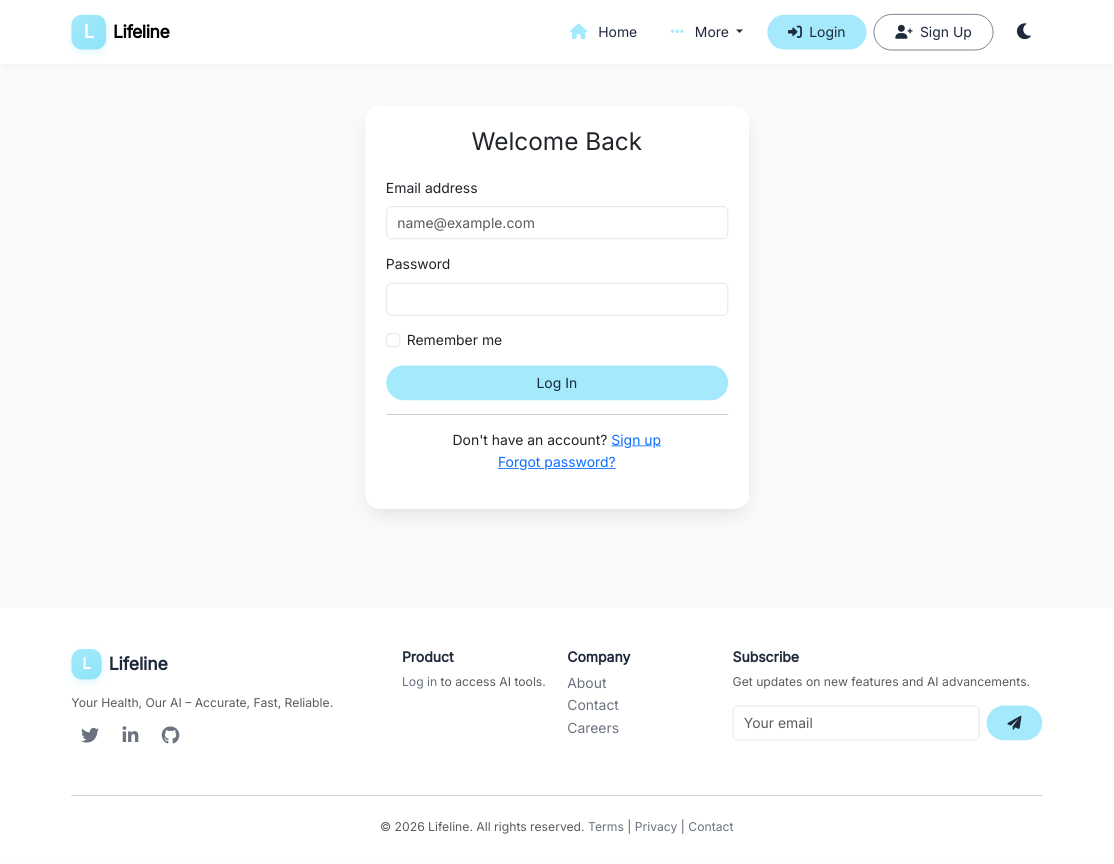
Repository: YackswebCode/lifeline
Page: http://localhost/login
These files come from the project's save history. The page is drawn as it stood at one moment and after the next save; the edit follows.
The browser window is 1280 px wide. The pictures show the whole page, at 87% of full size.
The page is served by the project's Laravel application, run on PHP 8.4 with Laravel 12. Other server files are loaded and not shown.

Above is the page before, as saved 2026-02-25 16:10:34.

### routes/web.php
<?php

use Illuminate\Support\Facades\Route;
use App\Http\Controllers\LandingController;
use App\Http\Controllers\DashboardController;
use App\Http\Controllers\AnalyzeController;
use App\Http\Controllers\SettingsController;
use App\Http\Controllers\Admin\DashboardController as AdminDashboardController;
use App\Http\Controllers\PageController;

Route::get('/', [LandingController::class, 'index'])->name('landing');

// Authentication pages (static design only)
Route::get('/login', function () {
    return view('auth.login');
})->name('login');
Route::get('/register', function () {
    return view('auth.register');
})->name('register');

// Protected pages (just design, no middleware yet)
Route::get('/dashboard', [DashboardController::class, 'index'])->name('dashboard');
Route::get('/analyze', [AnalyzeController::class, 'index'])->name('analyze');
Route::get('/settings', [SettingsController::class, 'index'])->name('settings');

// Admin pages
Route::prefix('admin')->name('admin.')->group(function () {
    Route::get('/dashboard', [AdminDashboardController::class, 'index'])->name('dashboard');
});

// Static pages
Route::get('/about', [PageController::class, 'about'])->name('about');
Route::get('/contact', [PageController::class, 'contact'])->name('contact');
Route::get('/terms', [PageController::class, 'terms'])->name('terms');
Route::get('/privacy', [PageController::class, 'privacy'])->name('privacy');

### resources/views/auth/login.blade.php
@extends('layouts.app')

@section('title', 'Login - Lifeline')

@section('content')
<div class="container">
    <div class="row justify-content-center">
        <div class="col-md-5">
            <div class="card p-4">
                <h3 class="text-center mb-4">Welcome Back</h3>
                <form>
                    @csrf
                    <div class="mb-3">
                        <label for="email" class="form-label">Email address</label>
                        <input type="email" class="form-control" id="email" placeholder="name@example.com">
                    </div>
                    <div class="mb-3">
                        <label for="password" class="form-label">Password</label>
                        <input type="password" class="form-control" id="password">
                    </div>
                    <div class="mb-3 form-check">
                        <input type="checkbox" class="form-check-input" id="remember">
                        <label class="form-check-label" for="remember">Remember me</label>
                    </div>
                    <button type="submit" class="btn btn-brand w-100">Log In</button>
                </form>
                <hr>
                <p class="text-center mb-0">Don't have an account? <a href="{{ route('register') }}">Sign up</a></p>
                <p class="text-center"><a href="#">Forgot password?</a></p>
            </div>
        </div>
    </div>
</div>
@endsection

### resources/views/layouts/app.blade.php
<!DOCTYPE html>
<html lang="en">
<head>
    <meta charset="UTF-8">
    <meta name="viewport" content="width=device-width, initial-scale=1.0">
    <meta name="csrf-token" content="{{ csrf_token() }}">
    <title>@yield('title', 'Lifeline') - AI X‑ray Analysis</title>
    <!-- Bootstrap 5 CDN -->
    <link href="https://cdn.jsdelivr.net/npm/bootstrap@5.3.0-alpha1/dist/css/bootstrap.min.css" rel="stylesheet">
    <!-- Font Awesome 6 -->
    <link rel="stylesheet" href="https://cdnjs.cloudflare.com/ajax/libs/font-awesome/6.0.0-beta3/css/all.min.css">
    <!-- Google Fonts: Inter -->
    <link href="https://fonts.googleapis.com/css2?family=Inter:opsz@14..32&display=swap" rel="stylesheet">
    <style>
        :root {
            --brand: #a4e9fc;
            --brand-dark: #7bcde0;
            --white: #ffffff;
            --bg-light: #f8fafc;
            --bg-dark: #1a202c;
            --text-light: #1e293b;
            --text-dark: #e2e8f0;
            --muted: #6b7280;
            --danger: #dc2626;
            --success: #10b981;
            --card-radius: 1rem;
            --shadow-soft: 0 10px 25px -5px rgba(0,0,0,0.1), 0 8px 10px -6px rgba(0,0,0,0.02);
            --transition: all 0.2s ease;
        }

        body.dark-mode {
            --bg-light: #0f172a;
            --text-light: #e2e8f0;
            --white: #1e293b;
            --muted: #94a3b8;
        }

        body {
            font-family: 'Inter', system-ui, sans-serif;
            background-color: var(--bg-light);
            color: var(--text-light);
            transition: background-color 0.3s, color 0.3s;
            line-height: 1.6;
        }

        .navbar {
            background-color: var(--white) !important;
            box-shadow: 0 4px 6px -2px rgba(0,0,0,0.05);
            padding: 0.75rem 1rem;
        }
        .navbar-brand {
            font-weight: 600;
            letter-spacing: -0.02em;
        }
        .logo {
            width: 40px;
            height: 40px;
            background: linear-gradient(135deg, var(--brand) 0%, #8ee4f9 100%);
            border-radius: 12px;
            display: flex;
            align-items: center;
            justify-content: center;
            color: white;
            font-weight: 700;
            font-size: 1.3rem;
            box-shadow: 0 4px 8px rgba(164,233,252,0.3);
        }
        .nav-link {
            font-weight: 500;
            color: var(--text-light) !important;
            padding: 0.5rem 1rem !important;
            border-radius: 2rem;
            margin: 0 0.2rem;
            transition: var(--transition);
        }
        .nav-link i {
            margin-right: 0.5rem;
            color: var(--brand);
            font-size: 1.1rem;
            transition: var(--transition);
        }
        .nav-link:hover {
            background-color: rgba(164,233,252,0.1);
        }
        .nav-link:hover i {
            transform: scale(1.1);
        }
        .btn-brand {
            background: var(--brand);
            color: #1e293b;
            border: none;
            padding: 0.5rem 1.5rem;
            border-radius: 2rem;
            font-weight: 500;
            transition: var(--transition);
        }
        .btn-brand:hover {
            background: var(--brand-dark);
            color: #0f172a;
            transform: translateY(-2px);
            box-shadow: 0 6px 12px rgba(164,233,252,0.3);
        }
        .btn-outline-secondary {
            border: 1px solid var(--muted);
            color: var(--text-light);
            border-radius: 2rem;
            padding: 0.5rem 1.5rem;
            transition: var(--transition);
        }
        .btn-outline-secondary:hover {
            background-color: var(--muted);
            color: white;
            border-color: var(--muted);
        }

        .dark-mode-toggle {
            background: transparent;
            border: none;
            color: var(--text-light);
            font-size: 1.3rem;
            margin-left: 1rem;
            cursor: pointer;
            display: flex;
            align-items: center;
            justify-content: center;
            width: 40px;
            height: 40px;
            border-radius: 50%;
            transition: var(--transition);
        }
        .dark-mode-toggle:hover {
            background-color: rgba(164,233,252,0.2);
        }

        main {
            min-height: 70vh;
        }

        .card {
            background-color: var(--white);
            border-radius: var(--card-radius);
            box-shadow: var(--shadow-soft);
            border: none;
            transition: var(--transition);
        }
        .card:hover {
            transform: translateY(-4px);
            box-shadow: 0 20px 30px -10px rgba(0,0,0,0.15);
        }

        .footer {
            background-color: var(--white);
            border-top: 1px solid rgba(0,0,0,0.05);
            padding: 3rem 0 2rem;
            margin-top: 4rem;
        }
        .footer a {
            color: var(--muted);
            text-decoration: none;
            transition: var(--transition);
        }
        .footer a:hover {
            color: var(--brand);
        }
        .footer .social-icons i {
            font-size: 1.3rem;
            margin: 0 0.7rem;
            color: var(--muted);
            transition: var(--transition);
        }
        .footer .social-icons i:hover {
            color: var(--brand);
            transform: translateY(-3px);
        }

        @media (max-width: 768px) {
            .navbar-nav {
                margin-top: 1rem;
            }
            .nav-link i {
                margin-right: 0.3rem;
            }
            .dark-mode-toggle {
                margin-left: 0;
                margin-top: 0.5rem;
            }
        }
    </style>
    @stack('styles')
</head>
<body>
    @php
        // For static design, set this to false to hide protected links.
        // Change to true to preview logged‑in state.
        $loggedIn = false;
    @endphp

    <!-- Navbar -->
    <nav class="navbar navbar-expand-lg sticky-top">
        <div class="container">
            <a class="navbar-brand d-flex align-items-center gap-2" href="{{ route('landing') }}">
                <div class="logo">L</div>
                <span class="fw-bold">Lifeline</span>
            </a>
            <button class="navbar-toggler" type="button" data-bs-toggle="collapse" data-bs-target="#navbarNav">
                <span class="navbar-toggler-icon"></span>
            </button>
            <div class="collapse navbar-collapse" id="navbarNav">
                <ul class="navbar-nav ms-auto align-items-center">
                    <!-- Public: Home always visible -->
                    <li class="nav-item">
                        <a class="nav-link" href="{{ route('landing') }}">
                            <i class="fas fa-home"></i> Home
                        </a>
                    </li>

                    <!-- Protected links: only shown when logged in -->
                    @if($loggedIn)
                        <li class="nav-item">
                            <a class="nav-link" href="{{ route('analyze') }}">
                                <i class="fas fa-upload"></i> Analyze
                            </a>
                        </li>
                        <li class="nav-item">
                            <a class="nav-link" href="{{ route('dashboard') }}">
                                <i class="fas fa-chart-line"></i> Dashboard
                            </a>
                        </li>
                        <li class="nav-item">
                            <a class="nav-link" href="{{ route('settings') }}">
                                <i class="fas fa-cog"></i> Settings
                            </a>
                        </li>
                    @endif

                    <!-- More dropdown (public) -->
                    <li class="nav-item dropdown">
                        <a class="nav-link dropdown-toggle" href="#" role="button" data-bs-toggle="dropdown">
                            <i class="fas fa-ellipsis-h"></i> More
                        </a>
                        <ul class="dropdown-menu dropdown-menu-end">
                            <li><a class="dropdown-item" href="{{ route('about') }}"><i class="fas fa-info-circle me-2"></i>About</a></li>
                            <li><a class="dropdown-item" href="{{ route('contact') }}"><i class="fas fa-envelope me-2"></i>Contact</a></li>
                            <li><hr class="dropdown-divider"></li>
                            <li><a class="dropdown-item" href="{{ route('terms') }}"><i class="fas fa-file-contract me-2"></i>Terms</a></li>
                            <li><a class="dropdown-item" href="{{ route('privacy') }}"><i class="fas fa-lock me-2"></i>Privacy</a></li>
                        </ul>
                    </li>

                    <!-- Auth buttons: shown when logged out; when logged in, we can show a profile dropdown -->
                    @if(!$loggedIn)
                        <li class="nav-item">
                            <a class="btn btn-brand ms-lg-2" href="{{ route('login') }}">
                                <i class="fas fa-sign-in-alt me-1"></i> Login
                            </a>
                        </li>
                        <li class="nav-item">
                            <a class="btn btn-outline-secondary ms-2" href="{{ route('register') }}">
                                <i class="fas fa-user-plus me-1"></i> Sign Up
                            </a>
                        </li>
                    @else
                        <!-- When logged in, replace with user menu (static for design) -->
                        <li class="nav-item dropdown">
                            <a class="nav-link dropdown-toggle" href="#" role="button" data-bs-toggle="dropdown">
                                <i class="fas fa-user-circle"></i> Profile
                            </a>
                            <ul class="dropdown-menu dropdown-menu-end">
                                <li><a class="dropdown-item" href="{{ route('settings') }}"><i class="fas fa-cog me-2"></i>Settings</a></li>
                                <li><hr class="dropdown-divider"></li>
                                <li><a class="dropdown-item" href="#"><i class="fas fa-sign-out-alt me-2"></i>Logout</a></li>
                            </ul>
                        </li>
                    @endif

                    <!-- Dark mode toggle (always visible) -->
                    <li class="nav-item">
                        <button class="dark-mode-toggle" id="darkModeToggle">
                            <i class="fas fa-moon"></i>
                        </button>
                    </li>
                </ul>
            </div>
        </div>
    </nav>

    <!-- Main content -->
    <main class="py-5">
        <div class="container">
            @yield('content')
        </div>
    </main>

    <!-- Footer -->
    <footer class="footer">
        <div class="container">
            <div class="row">
                <div class="col-md-4 mb-4">
                    <div class="d-flex align-items-center gap-2 mb-3">
                        <div class="logo" style="width: 35px; height: 35px; font-size: 1.1rem;">L</div>
                        <span class="fw-bold fs-5">Lifeline</span>
                    </div>
                    <p class="text-muted small">Your Health, Our AI – Accurate, Fast, Reliable.</p>
                    <div class="social-icons">
                        <a href="#"><i class="fab fa-twitter"></i></a>
                        <a href="#"><i class="fab fa-linkedin-in"></i></a>
                        <a href="#"><i class="fab fa-github"></i></a>
                    </div>
                </div>

                <!-- Product links: only shown when logged in -->
                @if($loggedIn)
                <div class="col-md-2 mb-4">
                    <h6 class="fw-bold">Product</h6>
                    <ul class="list-unstyled">
                        <li><a href="{{ route('analyze') }}">Analyze</a></li>
                        <li><a href="{{ route('dashboard') }}">Dashboard</a></li>
                        <li><a href="{{ route('settings') }}">Settings</a></li>
                    </ul>
                </div>
                @else
                <div class="col-md-2 mb-4">
                    <h6 class="fw-bold">Product</h6>
                    <p class="text-muted small"><a href="{{ route('login') }}">Log in</a> to access AI tools.</p>
                </div>
                @endif

                <div class="col-md-2 mb-4">
                    <h6 class="fw-bold">Company</h6>
                    <ul class="list-unstyled">
                        <li><a href="{{ route('about') }}">About</a></li>
                        <li><a href="{{ route('contact') }}">Contact</a></li>
                        <li><a href="#">Careers</a></li>
                    </ul>
                </div>

                <div class="col-md-4 mb-4">
                    <h6 class="fw-bold">Subscribe</h6>
                    <p class="text-muted small">Get updates on new features and AI advancements.</p>
                    <form class="d-flex">
                        <input type="email" class="form-control me-2" placeholder="Your email">
                        <button class="btn btn-brand" type="submit"><i class="fas fa-paper-plane"></i></button>
                    </form>
                </div>
            </div>
            <hr class="my-4">
            <div class="row">
                <div class="col text-center text-muted small">
                    &copy; {{ date('Y') }} Lifeline. All rights reserved.
                    <a href="{{ route('terms') }}">Terms</a> |
                    <a href="{{ route('privacy') }}">Privacy</a> |
                    <a href="{{ route('contact') }}">Contact</a>
                </div>
            </div>
        </div>
    </footer>

    <!-- Bootstrap JS -->
    <script src="https://cdn.jsdelivr.net/npm/bootstrap@5.3.0-alpha1/dist/js/bootstrap.bundle.min.js"></script>
    <!-- Dark mode script -->
    <script>
        (function() {
            const toggle = document.getElementById('darkModeToggle');
            const icon = toggle.querySelector('i');
            const body = document.body;
            const savedMode = localStorage.getItem('darkMode');
            if (savedMode === 'enabled') {
                body.classList.add('dark-mode');
                icon.classList.remove('fa-moon');
                icon.classList.add('fa-sun');
            }
            toggle.addEventListener('click', () => {
                if (body.classList.contains('dark-mode')) {
                    body.classList.remove('dark-mode');
                    icon.classList.remove('fa-sun');
                    icon.classList.add('fa-moon');
                    localStorage.setItem('darkMode', 'disabled');
                } else {
                    body.classList.add('dark-mode');
                    icon.classList.remove('fa-moon');
                    icon.classList.add('fa-sun');
                    localStorage.setItem('darkMode', 'enabled');
                }
            });
        })();
    </script>
    @stack('scripts')
</body>
</html>

Loaded but not shown: app/Providers/AppServiceProvider.php (common file)

After the next save:
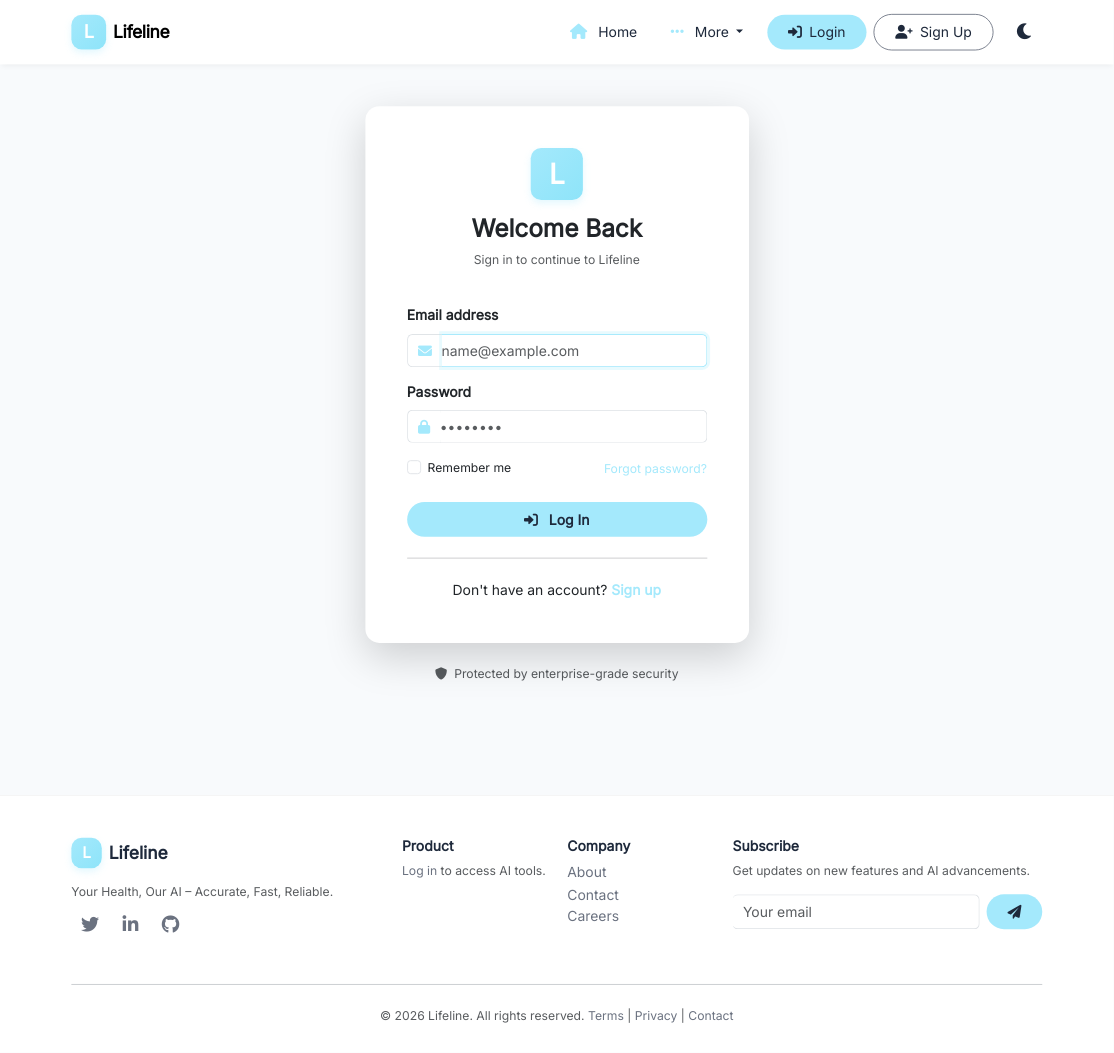
Saved 4 min 6 s later.
--- a/resources/views/auth/login.blade.php
+++ b/resources/views/auth/login.blade.php
@@ -4,31 +4,115 @@
 
 @section('content')
 <div class="container">
-    <div class="row justify-content-center">
-        <div class="col-md-5">
-            <div class="card p-4">
-                <h3 class="text-center mb-4">Welcome Back</h3>
-                <form>
+    <div class="row justify-content-center align-items-center min-vh-75">
+        <div class="col-md-8 col-lg-6 col-xl-5">
+            <!-- Card with subtle shadow and rounded corners -->
+            <div class="card border-0 shadow-lg rounded-4 p-4 p-md-5">
+                <!-- Brand icon / logo at the top -->
+                <div class="text-center mb-4">
+                    <div class="logo mx-auto" style="width: 60px; height: 60px; font-size: 2rem;">L</div>
+                    <h3 class="mt-3 fw-bold">Welcome Back</h3>
+                    <p class="text-muted small">Sign in to continue to Lifeline</p>
+                </div>
+
+                <!-- Login Form -->
+                <form method="POST" action="{{ route('login') }}">
                     @csrf
+
+                    <!-- Email field with icon -->
                     <div class="mb-3">
-                        <label for="email" class="form-label">Email address</label>
-                        <input type="email" class="form-control" id="email" placeholder="name@example.com">
+                        <label for="email" class="form-label fw-semibold">Email address</label>
+                        <div class="input-group">
+                            <span class="input-group-text bg-transparent border-end-0" id="email-icon">
+                                <i class="fas fa-envelope" style="color: var(--brand);"></i>
+                            </span>
+                            <input type="email" class="form-control border-start-0 ps-0" id="email" name="email" placeholder="name@example.com" required autofocus>
+                        </div>
                     </div>
+
+                    <!-- Password field with icon -->
                     <div class="mb-3">
-                        <label for="password" class="form-label">Password</label>
-                        <input type="password" class="form-control" id="password">
+                        <label for="password" class="form-label fw-semibold">Password</label>
+                        <div class="input-group">
+                            <span class="input-group-text bg-transparent border-end-0" id="password-icon">
+                                <i class="fas fa-lock" style="color: var(--brand);"></i>
+                            </span>
+                            <input type="password" class="form-control border-start-0 ps-0" id="password" name="password" placeholder="••••••••" required>
+                        </div>
                     </div>
-                    <div class="mb-3 form-check">
-                        <input type="checkbox" class="form-check-input" id="remember">
-                        <label class="form-check-label" for="remember">Remember me</label>
+
+                    <!-- Remember me and forgot password -->
+                    <div class="d-flex justify-content-between align-items-center mb-4">
+                        <div class="form-check">
+                            <input class="form-check-input" type="checkbox" name="remember" id="remember">
+                            <label class="form-check-label small" for="remember">Remember me</label>
+                        </div>
+                        <a href="#" class="small text-decoration-none" style="color: var(--brand);">Forgot password?</a>
                     </div>
-                    <button type="submit" class="btn btn-brand w-100">Log In</button>
+
+                    <!-- Submit button -->
+                    <button type="submit" class="btn btn-brand w-100 py-2 fw-semibold">
+                        <i class="fas fa-sign-in-alt me-2"></i> Log In
+                    </button>
                 </form>
-                <hr>
-                <p class="text-center mb-0">Don't have an account? <a href="{{ route('register') }}">Sign up</a></p>
-                <p class="text-center"><a href="#">Forgot password?</a></p>
+
+                <!-- Divider -->
+                <hr class="my-4">
+
+                <!-- Sign up link -->
+                <p class="text-center mb-0">
+                    Don't have an account?
+                    <a href="{{ route('register') }}" class="text-decoration-none fw-semibold" style="color: var(--brand);">Sign up</a>
+                </p>
             </div>
+
+            <!-- Extra info / trust badge -->
+            <p class="text-center text-muted small mt-4">
+                <i class="fas fa-shield-alt me-1"></i> Protected by enterprise-grade security
+            </p>
         </div>
     </div>
 </div>
 @endsection
+
+@push('styles')
+<style>
+    /* Additional fine-tuning for the login page */
+    .min-vh-75 {
+        min-height: 75vh;
+    }
+
+    .input-group-text {
+        border: 1px solid #dee2e6;
+        border-right: none;
+        background-color: transparent;
+    }
+
+    .form-control {
+        border-left: none;
+        border-color: #dee2e6;
+    }
+
+    .form-control:focus {
+        border-color: var(--brand);
+        box-shadow: 0 0 0 0.2rem rgba(164, 233, 252, 0.25);
+    }
+
+    /* Dark mode adjustments */
+    body.dark-mode .input-group-text,
+    body.dark-mode .form-control {
+        background-color: var(--white);
+        border-color: #334155;
+        color: var(--text-light);
+    }
+
+    body.dark-mode .form-control::placeholder {
+        color: #94a3b8;
+    }
+
+    body.dark-mode .form-check-input {
+        background-color: var(--white);
+        border-color: #4b5563;
+    }
+</style>
+@endpush
